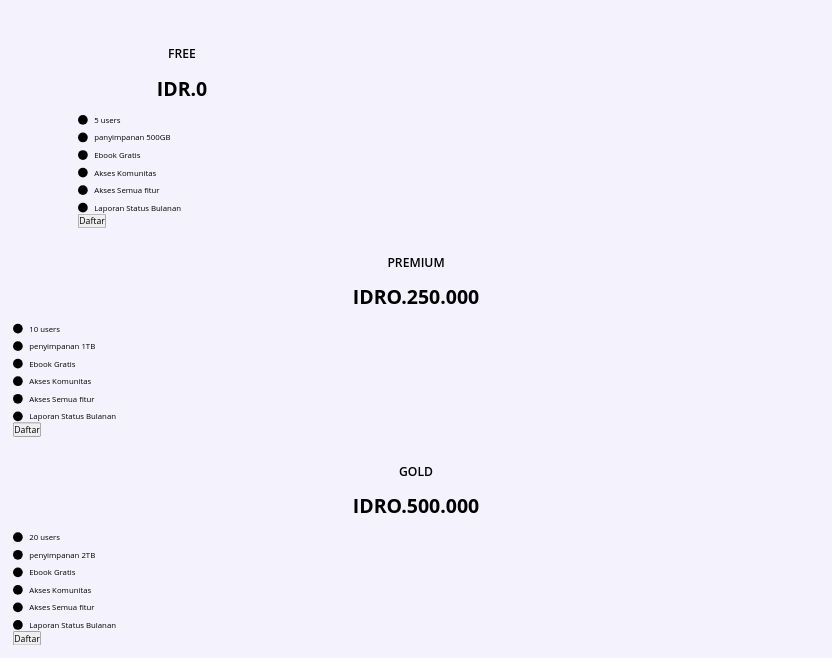
Repository: TUTJAL/my-website
Page: card.html
An editor plug-in stored every save of this project. The page is shown before and after a run of saves, followed by the edit.
The browser window is 1280 px wide. The pictures show the whole page, at 65% of full size.

Above is the page before, as saved 2024-06-20 11:15:47.

### card.html
<!DOCTYPE html>
<html lang="en">
<head>
    <meta charset="UTF-8">
    <meta name="viewport" content="width=device-width, initial-scale=1.0">
    <title>Document</title>
    <link rel="stylesheet" href="card.css">
</head>
<body>
    <div id="pricing-card">
        <div class="single-card">
            <div class="wrapper">
                <h3>FREE</h3>
                <h1>IDR.0</h1>
                <ul>
                    <li>
                        <i class="fas fa-check"></i>
                        <span>5 users</span>
                    </li>
                    <li>
                        <i class="fas fa-check"></i>
                        <span>panyimpanan 500GB</span>
                    </li>
                    <li>
                        <i class="fas fa-check"></i>
                        <span>Ebook Gratis</span>
                    </li>
                    <li class="disable">
                        <i class="fas fa-check"></i>
                        <span>Akses Komunitas</span>
                    </li>
                    <li class="disable">
                        <i class="fas fa-check"></i>
                        <span>Akses Semua fitur</span>
                    </li>
                    <li class="disable">
                        <i class="fas fa-check"></i>
                        <span>Laporan Status Bulanan</span>
                    </li>
                </ul>
                <button>Daftar</button>
            </div>
        </div>
    </div>
    <div class="single-card">
        <div class="wrapper premium">
            <H3>PREMIUM</H3>
            <h1>IDRO.250.000</h1>
            <ul>
                <li>
                    <i class="fas fa-check"></i>
                    <span>10 users</span>
                </li>
                <li>
                    <i class="fas fa-check"></i>
                    <span>penyimpanan 1TB</span>
                </li>
                <li>
                    <i class="fas fa-check"></i>
                    <span>Ebook Gratis</span>
                </li>

                    <li class="disable1">
                        <i class="fas fa-check"></i>
                        <span>Akses Komunitas</span>
                    </li>
                    <li class="disable1">
                        <i class="fas fa-check"></i>
                        <span class="card1">Akses Semua fitur</span>
                    </li>
                    <li class="disable1">
                        <i class="fas fa-check"></i>
                        <span>Laporan Status Bulanan</span>
                    </li>
            </ul>
            <button>Daftar</button>
        </div>
    </div>
    <div>
    <div class="single-card">
        <div class="wrapper">
            <h3>GOLD</h3>
            <h1>IDRO.500.000</h1>
            <ul>
                <li>
                    <i class="fas fa-check"></i>
                    <span>20 users</span>
                </li>
                <li>
                    <i class="fas fa-check"></i>
                    <span>penyimpanan 2TB</span>
                </li>
                <li>
                    <i class="fas fa-check"></i>
                    <span>Ebook Gratis</span>
                </li>
                <li>
                    <i class="fas fa-check"></i>
                    <span>Akses Komunitas</span>
                </li>
                <li>
                    <i class="fas fa-check"></i>
                    <span>Akses Semua fitur</span>
                </li>
                <li>
                    <i class="fas fa-check"></i>
                    <span>Laporan Status Bulanan</span>
                </li>
            </ul>
            <button>Daftar</button>
        </div>
    </div>
</div>
</body>
</html>

### card.css
/* @import("https://fonts.googleapis.com/") */
*{
    margin: 0;
    padding: 0;
    box-sizing: border-box;
    font-family: 'open sans',sans-serif;

}
body{
    background-color: #f4f2fd;;
}
::selection{
    background-color: black;
    color: white;
}
#pricing-card{
    display: flex;
    flex-wrap: wrap;
    padding: 0px 100px;
    margin-top: 50px;
    border: 10px;
}
.single-card{
    flex-basis: calc(100%/3);
    padding: 20px;

}
.single-card.wrapper{
    background-color: white;
    height: 100%;
    padding: 30px;
    border-radius: 20px;
    box-shadow: 3px 5px 10px rgba(0,0,0,0.1);
    transition: .3s;
}
.single-card.wrapper:hover{
    transform: translateY(-5px);
}
.single-card h3{
    text-align: center;
    font-weight: 600;
}
.single-card h1{
    margin: 20px 0px;
    font-size: 30px;
    text-align: center;
}
.single-card li{
    list-style: none;
    display: flex;
    align-items: center;
    margin-top: 10px;
}
.single-card i{
    height: 15px;
    width: 15px;
    background-color: black;
    display: inline-flex;
    justify-content: center;
    align-items: center;
    border-radius: 50%;
    color: white;
    font-size: 10px;
    margin-right: 10px;
}
.single-card span{
    font-size: 12px;
    font-weight: 500;
}
.single-card button{
    height: 400;
}

After the next 7 saves:
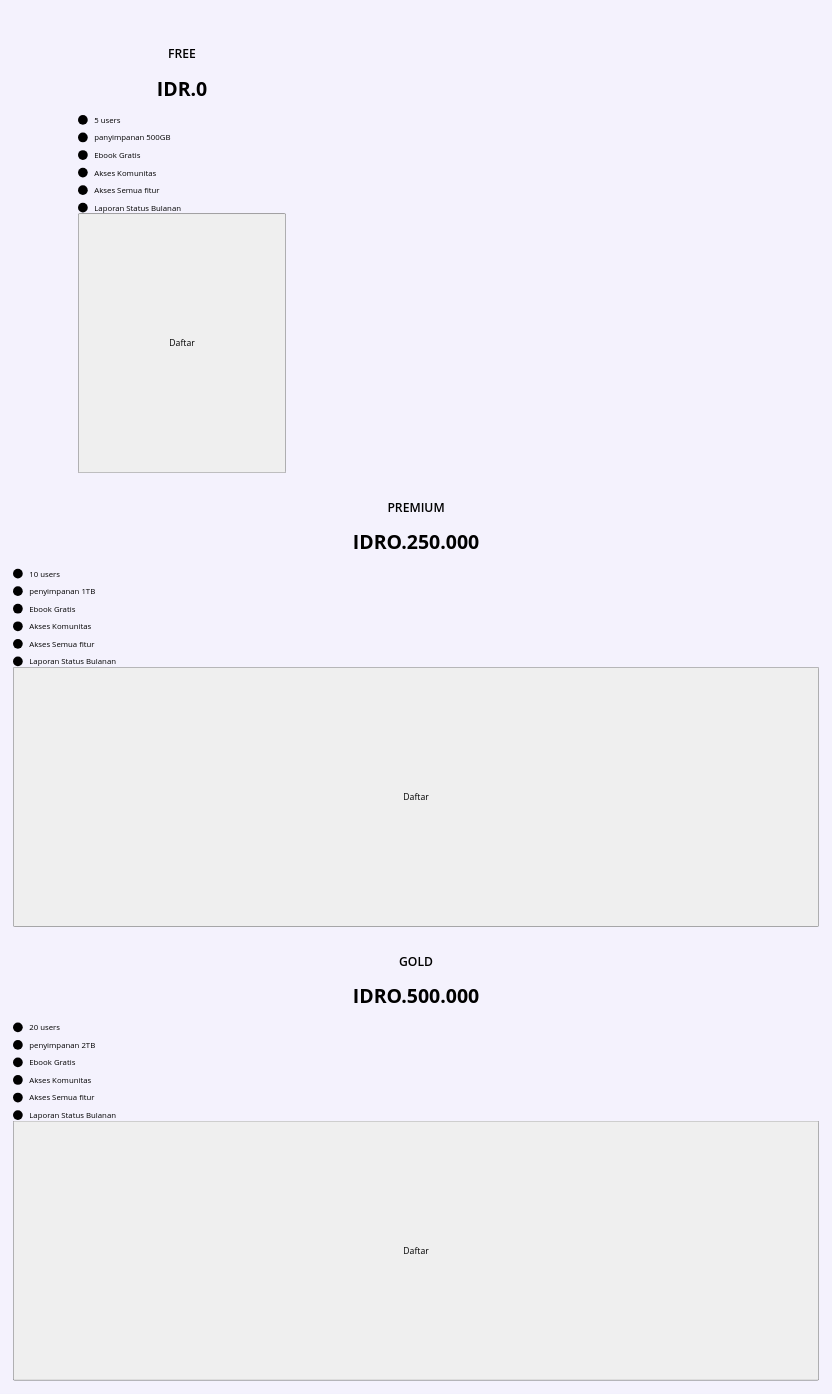
The 7 saves are shown as one change because they came seconds apart.
The last was saved 20 s later.
--- a/card.css
+++ b/card.css
@@ -68,5 +68,7 @@ body{
     font-weight: 500;
 }
 .single-card button{
-    height: 400;
+    height: 400px;
+    width: 100%;
+
 }
